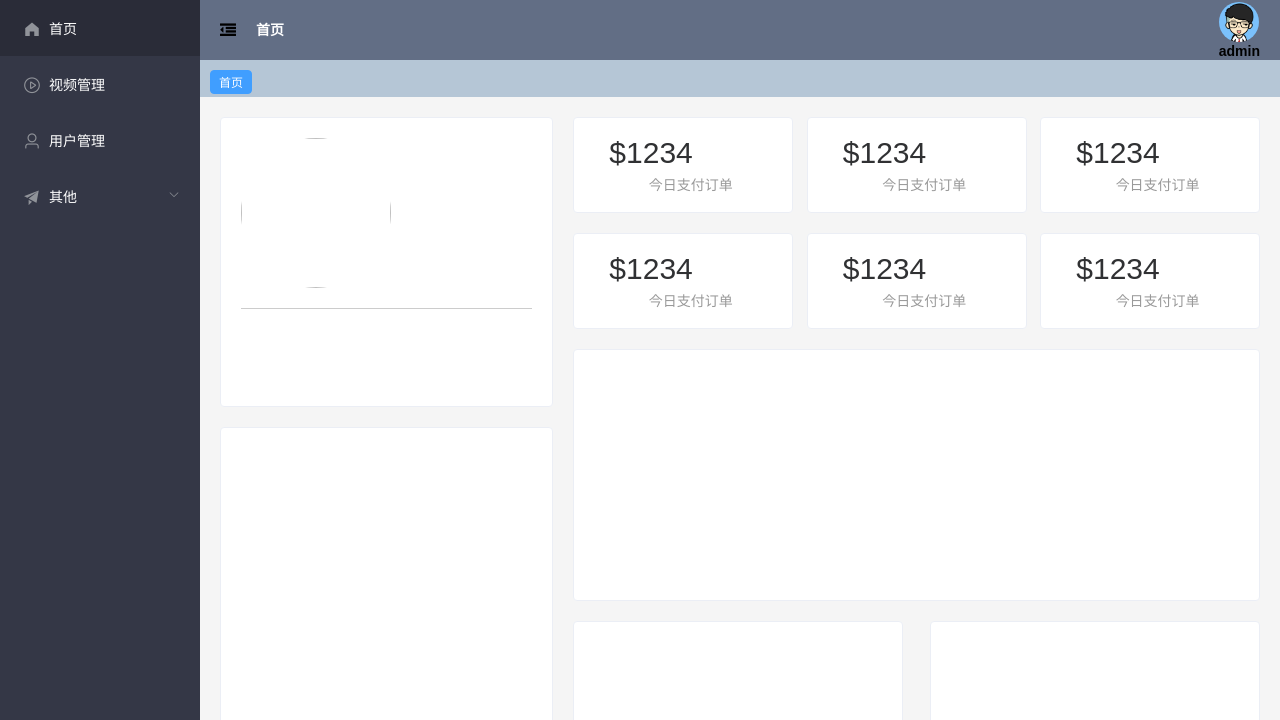
Repository: coWhy/vue-manage
Page: /
An editor plug-in stored every save of this project. The page is shown before and after the next save, followed by the edit.
The browser window is 1280 px wide. The pictures show the whole page.
An inner scrolling area shows only its first screen. The project was rebuilt for these pictures with package versions that can differ from the ones it lists, and the page was loaded fresh each time. Also part of the build but not shown: vue.config.js.

Above is the page before, as saved 2020-04-13 23:01:53.

### src/main.js
import Vue from 'vue'
import App from './App.vue'
import router from './router'
import store from './store'
// 全局配置样式
import '@/assets/scss/reset.scss'
import '@/assets/font-awesome-4.7.0/css/font-awesome.css'
// 第三方包
import ElementUI from 'element-ui'
import 'element-ui/lib/theme-chalk/index.css'
// 自定义全局插件
import http from '@/plugins/http' // 自定义全局axios
// 引入Mock 主要是用于前端模拟使用 使用时 记得注释掉
import './mock'

Vue.config.productionTip = false
Vue.use(http)
console.log(
  `当前所处开发环境:【${process.env.NODE_ENV}】| 路由为: 【${process.env.VUE_APP_URL}】`
)
Vue.use(ElementUI)
new Vue({
  router,
  store,
  render: h => h(App)
}).$mount('#app')

### src/App.vue
<template>
  <div id="app">
    <router-view />
  </div>
</template>

<style lang="scss">
#app {
  // color: $theme-color;
  height: 100vh;
}
</style>

### src/router/index.js
import Vue from 'vue'
import VueRouter from 'vue-router'
//
const originalPush = VueRouter.prototype.push
VueRouter.prototype.push = function push(location) {
  return originalPush.call(this, location).catch(err => err)
}
Vue.use(VueRouter)

const routes = [
  {
    path: '/',
    component: () => import('@/views/layout/index'),
    children: [
      {
        path: '/',
        name: 'home',
        component: () => import('@/views/home/index')
      },
      {
        path: '/video',
        name: 'video',
        component: () => import('@/views/video/index')
      },
      {
        path: '/user',
        name: 'user',
        component: () => import('@/views/user/index')
      },
      {
        path: '/page1',
        name: 'page1',
        component: () => import('@/views/other/page1')
      },
      {
        path: '/page2',
        name: 'page2',
        component: () => import('@/views/other/page2')
      }
    ]
  }
]

const router = new VueRouter({
  routes
})

export default router

### src/store/index.js
import Vue from 'vue'
import Vuex from 'vuex'
import tag from './modules/tag'
Vue.use(Vuex)

export default new Vuex.Store({
  state: {},
  mutations: {},
  actions: {},
  modules: {
    tag
  }
})

### src/plugins/http.js
// 自定义开发插件
import axios from 'axios'

const MyHttpServer = {}

MyHttpServer.install = Vue => {
  // 基准地址
  // axios.defaults.baseURL = process.env.VUE_APP_URL
  const service = axios.create({
    baseURL: process.env.VUE_APP_URL, //请求基础url
    timeout: 3000 //  请求超时时间
  })
  // 添加请求拦截器 token拦截
  service.interceptors.request.use(
    config => {
      return config
    },
    err => {
      console.log(err)
    }
  )
  // 响应拦截器
  service.interceptors.response.use(
    response => {
      let res = {}
      //  此处对不同状态码 进行不同的操作 比如404 跳转页面等
      res.status = response.status
      res.data = response.data
      return res
    },
    err => {
      console.log(err)
    }
  )
  Vue.prototype.$http = axios
}
export default MyHttpServer

### src/mock/index.js
import Mock from 'mockjs'
import homeApi from './home'
Mock.setup({
  timeout: '200-2000' // 设置延时 [200 - 2000ms]
})
// 首页相关
// 拦截 /home/getData
Mock.mock('/home/getData', 'get', homeApi.getHomeData) // /\/home\/getData/.

### src/assets/scss/_variable.scss
// 全局配置样式 修改主题颜色
$theme-color: #33aef0;

### src/views/layout/index.vue
<template>
  <el-container class="container">
    <!-- 左侧菜单栏 -->
    <el-aside width="auto">
      <common-aside></common-aside>
    </el-aside>
    <el-container>
      <!-- 头部 -->
      <el-header class="header">
        <common-header></common-header>
      </el-header>
      <!-- Tab标签 -->
      <common-tag class="tag"></common-tag>
      <!-- 主体 -->
      <el-main>
        <router-view></router-view>
      </el-main>
    </el-container>
  </el-container>
</template>

<script>
import CommonAside from './components/aside/index'
import CommonHeader from './components/header/index'
import CommonTag from './components/tag/index'
export default {
  components: {
    CommonAside,
    CommonHeader,
    CommonTag
  }
}
</script>

<style lang="scss" scoped>
.container {
  height: 100%;
}
.header {
  background-color: #626e85; // 头部背景色
  width: 100%;
}
.main {
  padding-top: 0;
}
</style>

### src/views/home/index.vue
<template>
  <el-row class="home" :gutter="20">
    <!-- 左侧 -->
    <el-col :span="8">
      <!-- 用户信息描述 -->
      <el-card shadow="hover" style="height:290px">
        <!-- 头像部分 -->
        <div class="user">
          <img src="" alt="" />
          <div class="userinfo"></div>
        </div>
        <!-- 登录后的相关信息描述 如ip 等-->
        <div class="login-info"></div>
      </el-card>
      <el-card shadow="hover" style="height:438px;margin-top:20px"> </el-card>
    </el-col>
    <!-- 右侧 -->
    <el-col :span="16">
      <!-- 顶部  -->
      <div class="num">
        <el-card shadow="hover" v-for="item in 6" :key="item">
          <!-- 图标部分 -->
          <i class="icon"></i>
          <!-- 详情部分  -->
          <div class="detail">
            <p class="num">$1234</p>
            <p class="txt">今日支付订单</p>
          </div>
        </el-card>
      </div>
      <!-- 底部 -->
      <el-card shadow="hover">
        <!-- 图表 -->
        <div style="height:210px"></div>
      </el-card>
      <div class="graph">
        <el-card shadow="hover">
          <div style="height:200px"></div>
        </el-card>
        <el-card shadow="hover">
          <div style="height:200px"></div>
        </el-card>
      </div>
    </el-col>
  </el-row>
</template>

<script>
export default {
  data() {
    return {
      // 用户信息
      userInfo: {
        username: 'admin', // 用户名
        avatar: require('@/assets/images/user.png') // 用户头像
      }
    }
  },
  methods: {
    async getVideoData() {
      const res = await this.$http.get('/home/getData')
      console.log(res)
    }
  },
  created() {
    this.getVideoData()
  }
}
</script>

<style lang="scss" scoped>
@import '~@/assets/scss/home';
</style>

### src/store/modules/tag.js
export default {
  state: {
    isCollapse: false, // 左侧菜单栏是否折叠
    curMenu: null, // 点击选中的菜单
    menuList: [], // 全部菜单
    tagList: [
      // 首页是不可关闭的
      {
        path: '/',
        name: 'home',
        title: '首页',
        icon: 'el-icon-s-home'
      }
    ] // 存放tags 点击后 就存到里面去
  },
  mutations: {
    // 点击 菜单之后 对应的tab 标签也要 进入 tabList 进行存放
    // 首页 不加入tabList
    getMenu(state, selectedMenu) {
      if (selectedMenu.name !== 'home') {
        state.curMenu = selectedMenu
        let result = state.tagList.findIndex(
          item => item.name === selectedMenu.name
        )
        if (result === -1) {
          // 没找到这个tag 就放进tagList
          state.tagList.push(selectedMenu)
        }
      } else {
        state.curMenu = null
      }
    },
    // 关闭选中的tag
    closeTag(state, selectedTag) {
      // if (selectedTag.name !== 'home') {
      // }
      // 找到tag的索引 进行删除
      let result = state.tagList.findIndex(
        item => item.name === selectedTag.name
      )
      state.tagList.splice(result, 1)
    },
    // 折叠左侧菜单栏
    collapseAsideMenu(state) {
      state.isCollapse = !state.isCollapse
    }
  },
  actions: {},
  modules: {}
}

### src/mock/home.js
import Mock from 'mockjs'
export default {
  getHomeData: () => {
    return {
      code: 20000,
      data: [
        {
          name: 'SpringBoot',
          value: Mock.Random.float(1000, 10000, 0, 2)
        },
        {
          name: 'SpringBoot',
          value: Mock.Random.float(1000, 10000, 0, 2)
        },
        {
          name: 'React',
          value: Mock.Random.float(1000, 10000, 0, 2)
        },
        {
          name: 'Vue',
          value: Mock.Random.float(1000, 10000, 0, 2)
        },
        {
          name: '微信小程序',
          value: Mock.Random.float(1000, 10000, 0, 2)
        },
        {
          name: 'Es6',
          value: Mock.Random.float(1000, 10000, 0, 2)
        },
        {
          name: 'Java',
          value: Mock.Random.float(1000, 10000, 0, 2)
        }
      ]
    }
  }
}

### src/views/layout/components/aside/index.vue
<template>
  <el-menu
    default-active="2"
    class="el-menu-vertical-demo"
    :background-color="asideSetting.bgColor"
    :text-color="asideSetting.texteColor"
    :active-text-color="asideSetting.activeTextColor"
    :collapse="isCollapse"
  >
    <!-- 这是没有子级菜单的
    handleClickMenu(item) 将选中的菜单元素存入store中的menu 用于tab使用
    由于 分两种情况 所以 下面两种 都需要加上handleClickMenu 事件
    v-for="item in noChildrenList" 遍历元素列表
    :index="item.path"  路由相关
    :key="item.title" 索引 避免重复
    -->
    <!-- noChildrenList -->
    <el-menu-item
      :index="item.path"
      v-for="item in noChildrenList"
      :key="item.title"
      @click="handleClickMenu(item)"
    >
      <i :class="item.icon"></i>
      <span slot="title">{{ item.title }}</span>
    </el-menu-item>
    <!-- hasChildrenList -->
    <el-submenu
      :index="item.title"
      v-for="item in hasChildrenList"
      :key="item.title"
    >
      <template slot="title">
        <i :class="item.icon"></i>
        <span slot="title">{{ item.title }}</span>
      </template>
      <el-menu-item-group>
        <el-menu-item
          :index="subItem.path"
          v-for="subItem in item.children"
          :key="subItem.title"
          @click="handleClickMenu(subItem)"
        >
          <i :class="subItem.icon"></i>
          <span slot="title">{{ subItem.title }}</span>
        </el-menu-item>
      </el-menu-item-group>
    </el-submenu>
  </el-menu>
</template>

<script>
export default {
  computed: {
    noChildrenList() {
      // asideMenuList 没有 子级菜单
      return this.asideMenuList.filter(item => !item.children)
    },
    hasChildrenList() {
      // asideMenuList 有 子级菜单
      return this.asideMenuList.filter(item => item.children)
    },
    // 取出vuex中的是否折叠isCollapse
    isCollapse() {
      return this.$store.state.tag.isCollapse
    }
  },
  data() {
    return {
      asideSetting: {
        bgColor: '#343746', // 侧边栏背景颜色
        activeTextColor: '#4ffffb', // 选中字体的颜色
        texteColor: '#fff' // 默认字体颜色
      },
      //侧边栏菜单列表
      asideMenuList: [
        {
          path: '/',
          name: 'home',
          title: '首页',
          icon: 'el-icon-s-home'
        },
        {
          path: '/video',
          name: 'video',
          title: '视频管理',
          icon: 'el-icon-video-play'
        },
        {
          path: '/user',
          name: 'user',
          title: '用户管理',
          icon: 'el-icon-user'
        },
        {
          title: '其他',
          icon: 'el-icon-s-promotion',
          children: [
            {
              path: '/page1',
              name: 'page1',
              title: '页面1',
              icon: 'el-icon-setting'
            },
            {
              path: '/page2',
              name: 'page2',
              title: '页面2',
              icon: 'el-icon-setting'
            }
          ]
        }
      ]
    }
  },
  methods: {
    // 选中菜单 传入store
    handleClickMenu(item) {
      // 跳转到指定的页面
      this.$router.push({ name: item.name })
      this.$store.commit('getMenu', item)
    }
  }
}
</script>

<style lang="scss" scoped>
.el-menu {
  // 菜单占满容器
  height: 100%;
  border: none;
}
// 折叠样式
.el-menu-vertical-demo:not(.el-menu--collapse) {
  width: 200px;
  min-height: 400px;
}
</style>

### src/views/layout/components/header/index.vue
<template>
  <header class="header">
    <div class="l-content">
      <!-- 折叠标签 可以折叠左侧菜单栏 折叠：fa fa-outdent 展开： fa fa-indent -->
      <i
        :class="
          $store.state.tag.isCollapse === true
            ? 'fa fa-indent'
            : 'fa fa-outdent '
        "
        aria-hidden="true"
        @click="collapseAsideMenu()"
      ></i>
      <!-- 面包屑导航 -->
      <el-breadcrumb separator="/">
        <!-- 默认保留一个 首页 -->
        <el-breadcrumb-item :to="{ path: '/' }">首页</el-breadcrumb-item>
        <!-- curMenu 不为null的时候才渲染出来 -->
        <el-breadcrumb-item :to="curMenu.path" v-if="curMenu">
          {{ curMenu.title }}
        </el-breadcrumb-item>
      </el-breadcrumb>
    </div>
    <!-- 用户部分 头像 下拉菜单 等 -->
    <div class="r-content">
      <el-dropdown trigger="click" size="mini">
        <span class="el-dropdown-link">
          <!-- 用户头像 和 用户名 动态获取 -->
          <img :src="userInfo.avatar" class="avatar" />
          <span class="name">{{ userInfo.username }}</span>
        </span>
        <el-dropdown-menu slot="dropdown">
          <el-dropdown-item>个人中心</el-dropdown-item>
          <el-dropdown-item>退出登录</el-dropdown-item>
        </el-dropdown-menu>
      </el-dropdown>
    </div>
  </header>
</template>

<script>
import { mapState } from 'vuex'
export default {
  computed: {
    ...mapState({
      curMenu: state => state.tag.curMenu // 选中的菜单对象
    })
  },
  data() {
    return {
      // 用户信息
      userInfo: {
        username: 'admin', // 用户名
        avatar: require('@/assets/images/user.png') // 用户头像
      }
    }
  },
  methods: {
    // 折叠左侧菜单栏
    collapseAsideMenu() {
      this.$store.commit('collapseAsideMenu')
    }
  }
}
</script>

<style lang="scss" scoped>
.header {
  display: flex;
  height: 100%;
  align-items: center;
  justify-content: space-between;
}
.l-content {
  // width: 380;
  display: flex;
  align-items: center;
  i {
    margin-right: 20px;
  }
  justify-content: space-between;
}
.r-content {
  .avatar {
    width: 40px;
    height: 40px;
    border-radius: 50%;
  }
  .name {
    display: flex;
    height: 100%;
    color: black;
    font-weight: bolder;
    align-items: center;
  }
}
</style>
<style lang="scss">
.el-breadcrumb__item {
  .el-breadcrumb__inner {
    color: #b9d0fb;
    font-weight: normal;
  }
  &:last-child {
    .el-breadcrumb__inner {
      color: #ffffff;
      font-weight: bolder;
    }
  }
}
</style>

### src/views/layout/components/tag/index.vue
<template>
  <div class="tags">
    <!--  tabs标签
  不是首页才可以关闭
  选中tag颜色变化 :effect="$route.name === tag.name ? 'dark' : 'plain'"
  -->
    <el-tag
      size="small"
      :key="tag.name"
      v-for="tag in tagList"
      :closable="tag.name !== 'home'"
      :disable-transitions="false"
      @close="handleClose(tag)"
      @click="changeMenu(tag)"
      :effect="$route.name === tag.name ? 'dark' : 'plain'"
    >
      {{ tag.title }}
    </el-tag>
  </div>
</template>

<script>
import { mapState, mapMutations } from 'vuex'
export default {
  computed: {
    ...mapState({
      tagList: state => state.tag.tagList
    })
  },
  data() {
    return {}
  },
  methods: {
    ...mapMutations({
      closeTag: 'closeTag'
    }),
    // 关闭tag
    handleClose(tag) {
      this.closeTag(tag)
    },
    changeMenu(tag) {
      this.$store.commit('getMenu', tag)
      this.$router.push({ name: tag.name })
    }
  }
}
</script>

<style lang="scss" scoped>
.tags {
  background-color: #b5c6d6;
  position: relative;
  height: 42px;
  border: none;
  overflow: hidden;
  padding: 10px;
  .el-tag {
    padding-top: 1px;
    padding-bottom: 1px;
    margin-right: 15px;
    cursor: pointer;
  }
}
</style>

### src/assets/scss/home.scss
.home {
  .user {
    display: flex;
    align-items: center;
    padding-bottom: 20px;
    margin-bottom: 20px;
    border-bottom: 1px solid #ccc;
    img {
      width: 150px;
      height: 150px;
      border-radius: 50%;
      margin-right: 40px;
    }
    &info {
      .name {
        font-size: 32px;
        margin-bottom: 10px;
      }
      .access {
        color: #999999;
      }
    }
  }
  .login-info {
    p {
      line-height: 28px;
      font-size: 14px;
      color: #999999;
      span {
        color: #666666;
        margin-left: 60px;
      }
    }
  }
  .num {
    display: flex;
    flex-wrap: wrap;
    justify-content: space-between;
    .el-card {
      width: 32%;
      margin-bottom: 20px;
    }
    .icon {
      font-size: 30px;
      width: 80px;
      height: 80px;
      text-align: center;
      line-height: 80px;
      color: #fff;
    }
    .detail {
      margin-left: 15px;
      display: flex;
      flex-direction: column;
      justify-content: center;
      .num {
        font-size: 30px;
        margin-bottom: 10px;
      }
      .txt {
        font-size: 14px;
        text-align: center;
        color: #999999;
      }
    }
  }
  .graph {
    margin-top: 20px;
    display: flex;
    justify-content: space-between;
    .el-card {
      width: 48%;
    }
  }
}

Loaded but not shown: public/index.html (common file); src/assets/scss/reset.scss (common file); src/assets/font-awesome-4.7.0/css/font-awesome.css (library)

After the next save:
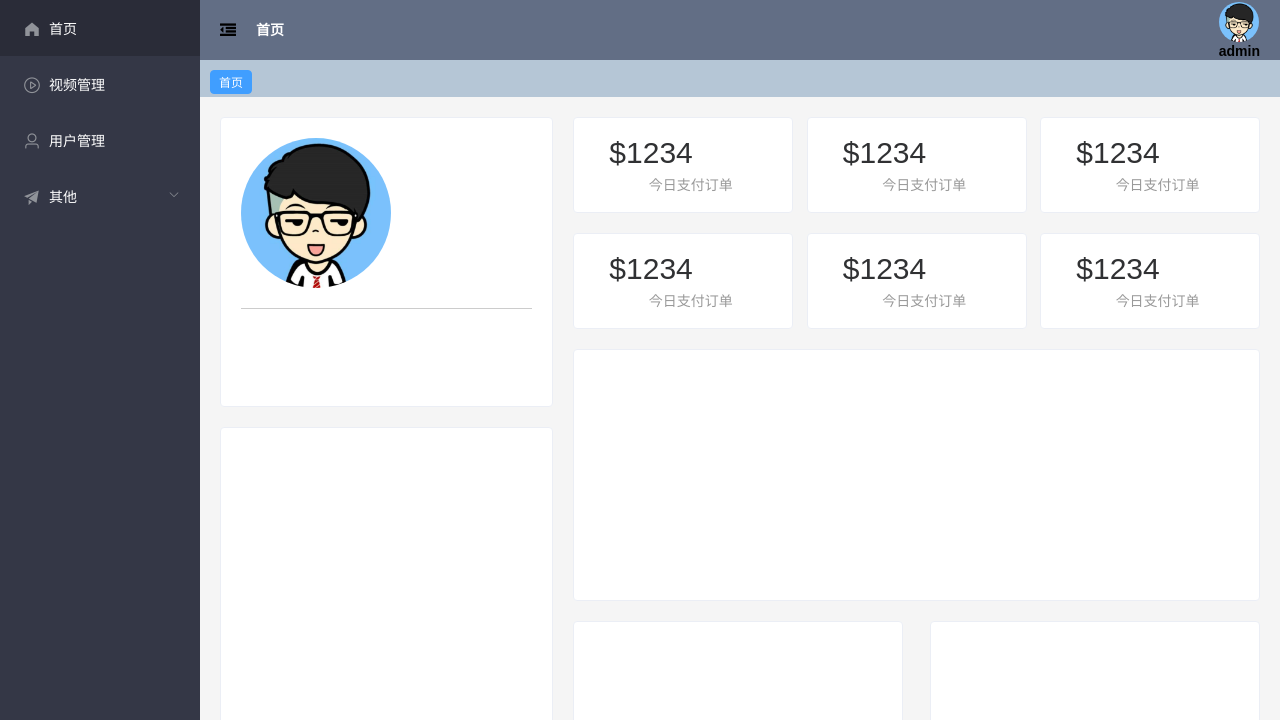
Saved 18 s later.
--- a/src/views/home/index.vue
+++ b/src/views/home/index.vue
@@ -6,7 +6,7 @@
       <el-card shadow="hover" style="height:290px">
         <!-- 头像部分 -->
         <div class="user">
-          <img src="" alt="" />
+          <img :src="userInfo.avatar" alt="" />
           <div class="userinfo"></div>
         </div>
         <!-- 登录后的相关信息描述 如ip 等-->
